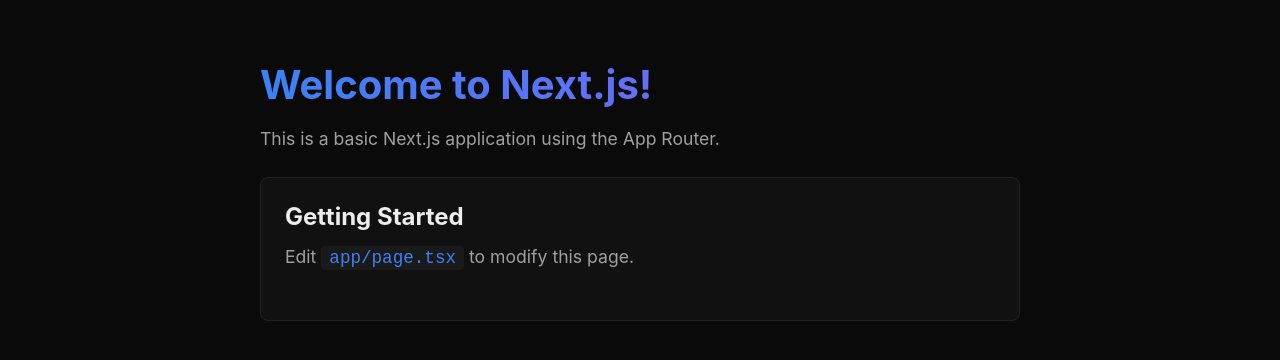
Repository: Luca-Calamo/portfolio
Page: /
An editor plug-in stored every save of this project. The page is shown before and after the next save, followed by the edit.
The browser window is 1280 px wide. The pictures show the whole page.
The project was rebuilt for these pictures with package versions that can differ from the ones it lists, and the page was loaded fresh each time. The framework's server and built-in components were replaced by stand-ins that run in the browser. Also part of the build but not shown: next.config.js.

Above is the page before, as saved 2026-01-09 13:32:54.

### app/layout.tsx
import type { Metadata } from 'next';
import './globals.css';

export const metadata: Metadata = {
    title: 'Next.js App',
    description: 'A basic Next.js application',
};

export default function RootLayout({
    children,
}: {
    children: React.ReactNode;
}) {
    return (
        <html lang='en'>
            <body>{children}</body>
        </html>
    );
}

### app/page.tsx
export default function Home() {
    return (
        <main className='container'>
            <h1>Welcome to Next.js!</h1>
            <p>This is a basic Next.js application using the App Router.</p>
            <div className='card'>
                <h2>Getting Started</h2>
                <p>
                    Edit <code>app/page.tsx</code> to modify this page.
                </p>
            </div>
        </main>
    );
}

### app/globals.css
* {
    margin: 0;
    padding: 0;
    box-sizing: border-box;
}

body {
    font-family: -apple-system, BlinkMacSystemFont, 'Segoe UI', 'Roboto',
        'Oxygen', 'Ubuntu', 'Cantarell', 'Fira Sans', 'Droid Sans',
        'Helvetica Neue', sans-serif;
    -webkit-font-smoothing: antialiased;
    -moz-osx-font-smoothing: grayscale;
    background: #0a0a0a;
    color: #ededed;
    padding: 20px;
}

.container {
    max-width: 800px;
    margin: 0 auto;
    padding: 40px 20px;
}

h1 {
    font-size: 2.5rem;
    margin-bottom: 1rem;
    background: linear-gradient(to right, #3b82f6, #8b5cf6);
    -webkit-background-clip: text;
    -webkit-text-fill-color: transparent;
    background-clip: text;
}

p {
    font-size: 1.1rem;
    line-height: 1.6;
    margin-bottom: 1.5rem;
    color: #a0a0a0;
}

code {
    background: #1a1a1a;
    padding: 2px 8px;
    border-radius: 4px;
    font-family: 'Courier New', Courier, monospace;
    color: #3b82f6;
}

.card {
    background: #111;
    border: 1px solid #222;
    border-radius: 8px;
    padding: 24px;
    margin-top: 24px;
    transition: border-color 0.3s;
}

.card:hover {
    border-color: #3b82f6;
}

.card h2 {
    font-size: 1.5rem;
    margin-bottom: 0.75rem;
    color: #ededed;
}

After the next save:
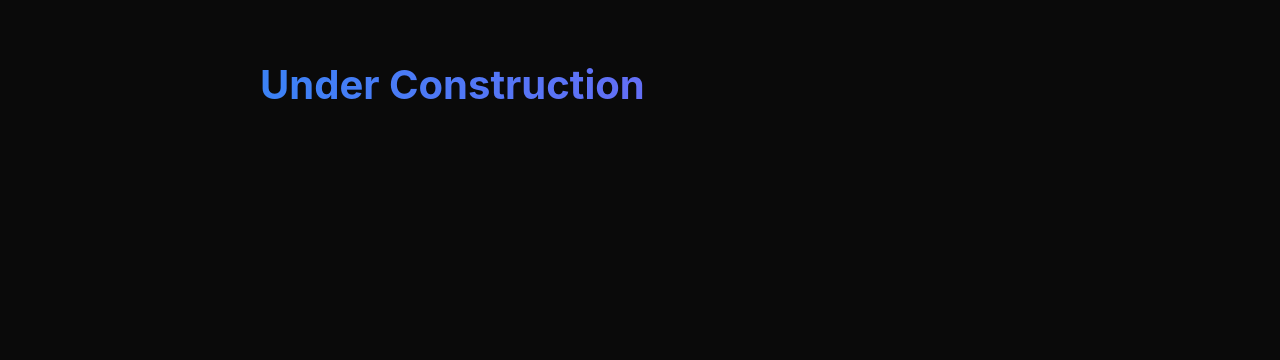
Saved 5 min 46 s later.
--- a/app/page.tsx
+++ b/app/page.tsx
@@ -1,14 +1,7 @@
 export default function Home() {
     return (
         <main className='container'>
-            <h1>Welcome to Next.js!</h1>
-            <p>This is a basic Next.js application using the App Router.</p>
-            <div className='card'>
-                <h2>Getting Started</h2>
-                <p>
-                    Edit <code>app/page.tsx</code> to modify this page.
-                </p>
-            </div>
+            <h1>Under Construction</h1>
         </main>
     );
 }
